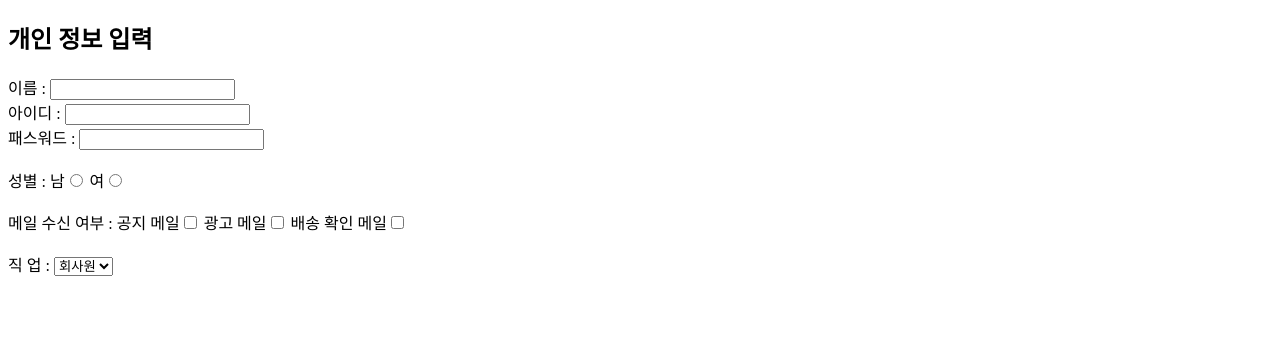
Repository: sunnny10/web-workspace
Page: Lecture-Web/src/main/webapp/HW/PInfoInput.html
The author's editor kept a copy of each file at every save. The page is drawn from the files as they stood at one save, then again after the next save.
The browser window is 1280 px wide. The pictures show the whole page.

Above is the page before, as saved 2022-06-02 10:04:37.

### Lecture-Web/src/main/webapp/HW/PInfoInput.html
<!DOCTYPE html>
<html>
<head>
<meta charset="UTF-8">
<title>개인 정보 입력</title>
</head>
<body>
	<div>
		<h2>개인 정보 입력</h2>
		<form action="">
			이름 : <input type="text" name="name"><br>
			아이디 : <input type="text" name="id"><br>
			패스워드 : <input type="password" name="passwd"><br><br>
			성별 :
			남<input type="radio" name="gender" value="male">
			여<input type="radio" name="gender" value="female"><br><br>
			메일 수신 여부 :
			공지 메일<input type="checkbox" name="receiveCk" value="notice">
			광고 메일<input type="checkbox" name="receiveCk" value="advertise">
			배송 확인 메일<input type="checkbox" name="receiveCk" value="delivery"><br><br>
			직 업 :
		    <select name="job">
			    <option value="business">회사원</option>
			    <option value="student">학생</option>
			    <option value="etc">기타</option>
		    </select><br>

		</form>
	</div>
</body>
</html>

After the next save:
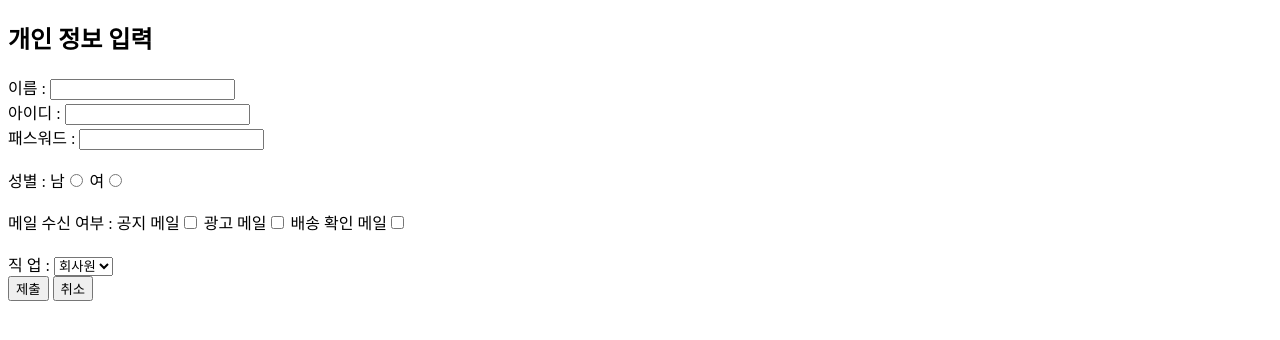
Saved 104 s later.
--- a/Lecture-Web/src/main/webapp/HW/PInfoInput.html
+++ b/Lecture-Web/src/main/webapp/HW/PInfoInput.html
@@ -24,7 +24,8 @@
 			    <option value="student">학생</option>
 			    <option value="etc">기타</option>
 		    </select><br>
-
+			<button type="submit">제출</button>
+  			<button type="reset">취소</button>
 		</form>
 	</div>
 </body>
